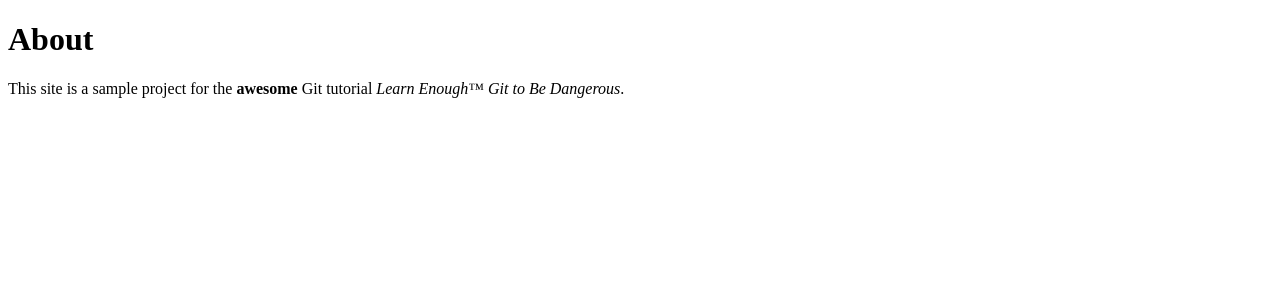
Repository: rvass/learn-enough-git
Page: about.html
The author's editor kept a record of every edit. The page is drawn from the files as they stood at one moment, then again after the next edit.
The browser window is 1280 px wide. The pictures show the whole page.

Above is the page before.

After the next edit:
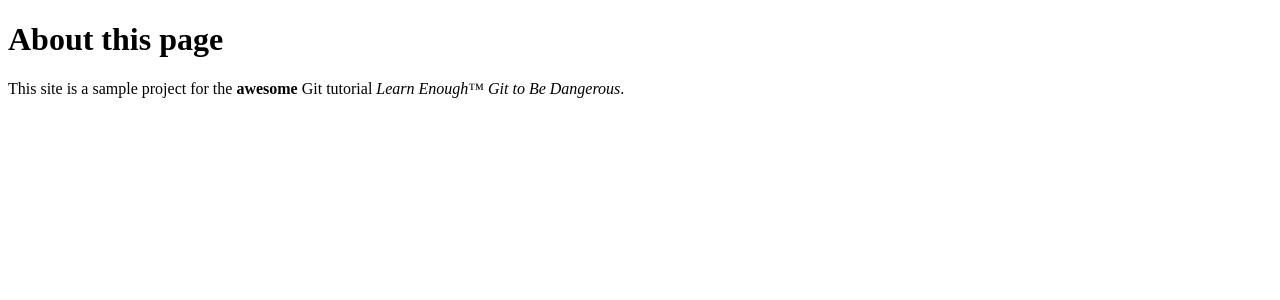
The edit:
--- a/about.html
+++ b/about.html
@@ -1,13 +1,13 @@
 <!DOCTYPE html>
 <html>
-<head>
-  <title>About Us</title>
-</head>
-<body>
-<h1>About</h1>
-<p>
-This site is a sample project for the <strong>awesome</strong> Git
-tutorial <em>Learn Enough™ Git to Be Dangerous</em>.
-</p>
-</body>
+  <head>
+    <title>About Us</title>
+  </head>
+  <body>
+    <h1>About this page</h1>
+    <p>
+    This site is a sample project for the <strong>awesome</strong> Git
+    tutorial <em>Learn Enough™ Git to Be Dangerous</em>.
+    </p>
+  </body>
 </html>
